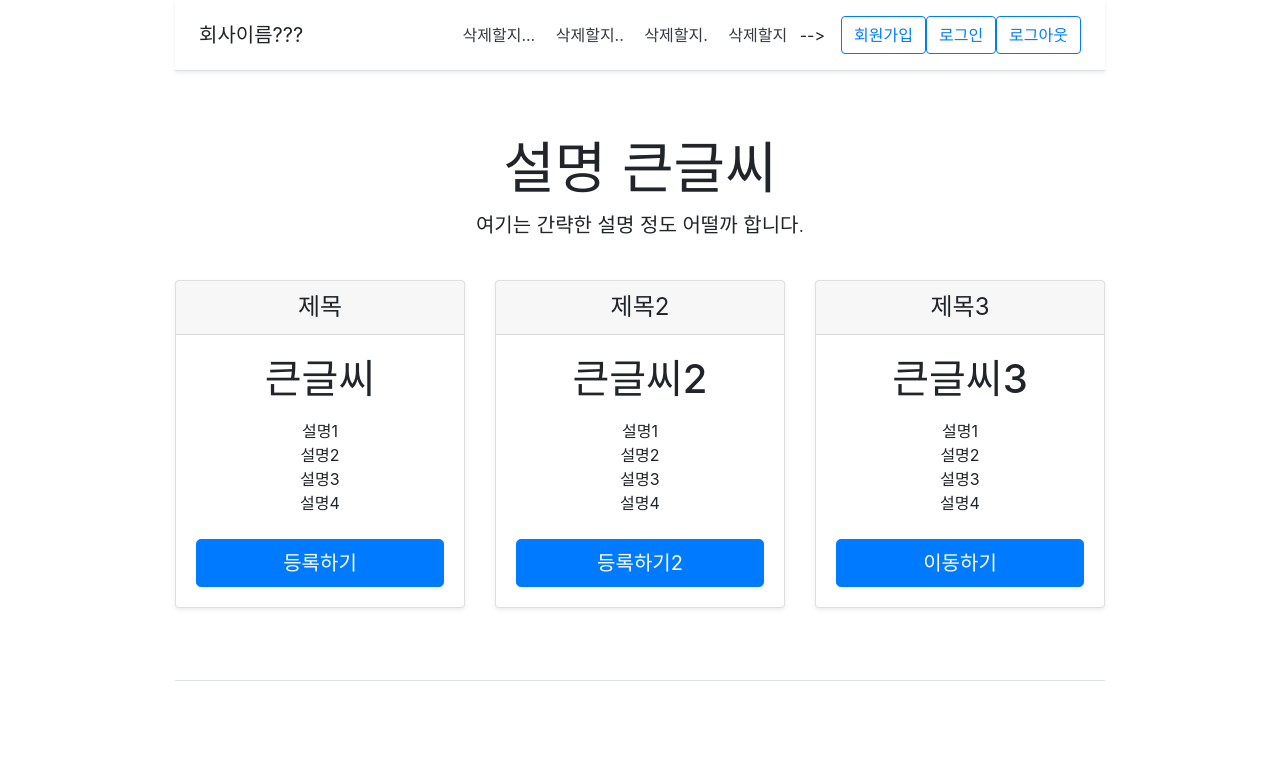
Repository: SettingRhino/innogleantmanager
Page: http://localhost/antmanager/WEB-INF/views/home.jsp
The author's editor kept a copy of each file at every save. The page is drawn from the files as they stood at one save, then again after the next save.
The browser window is 1280 px wide. The pictures show the whole page.
The page is served by Tomcat 9. Nobody is signed in. Other server files are loaded and not shown. The template is opened directly, without the code that normally fills it, so the values that code supplies are empty.

Above is the page before, as saved 2020-06-09 01:43:58.

### antmanager/src/main/webapp/WEB-INF/views/home.jsp
<%@ page language="java" contentType="text/html; charset=UTF-8"
	pageEncoding="UTF-8"%>
<%@ taglib uri="http://java.sun.com/jsp/jstl/core" prefix="c" %>

<!doctype html>
<html>
  <head>
    <meta charset="utf-8">
    <meta name="viewport" content="width=device-width, initial-scale=1, shrink-to-fit=no">
    <meta name="description" content="">
    <meta name="author" content="Mark Otto, Jacob Thornton, and Bootstrap contributors">
    <meta name="generator" content="Jekyll v4.0.1">
    <title>Pricing example · Bootstrap</title>

    <link rel="canonical" href="https://getbootstrap.com/docs/4.5/examples/pricing/">

    <link rel="stylesheet" href="https://stackpath.bootstrapcdn.com/bootstrap/4.4.1/css/bootstrap.min.css" integrity="sha384-Vkoo8x4CGsO3+Hhxv8T/Q5PaXtkKtu6ug5TOeNV6gBiFeWPGFN9MuhOf23Q9Ifjh" crossorigin="anonymous">

    <style>
      .bd-placeholder-img {
        font-size: 1.125rem;
        text-anchor: middle;
        -webkit-user-select: none;
        -moz-user-select: none;
        -ms-user-select: none;
        user-select: none;
      }

      @media (min-width: 768px) {
        .bd-placeholder-img-lg {
          font-size: 3.5rem;
        }
      }
    </style>
    <!-- Custom styles for this template -->

    <link href= "<c:url value="/resources/css/pricing.css"/>" rel="stylesheet">
  </head>
  <body>
  <div class="container">
    <div class="d-flex flex-column flex-md-row align-items-center p-3 px-md-4 mb-3 bg-white border-bottom shadow-sm">
  <h5 class="my-0 mr-md-auto font-weight-normal">회사이름???</h5>
  <nav class="my-2 my-md-0 mr-md-3">
   <!--  --> <a class="p-2 text-dark" href="#">삭제할지...</a>
    <a class="p-2 text-dark" href="#">삭제할지..</a>
    <a class="p-2 text-dark" href="#">삭제할지.</a>

    <a class="p-2 text-dark" href="<c:url value="/test"/>">삭제할지</a> -->
  </nav>
  <a class="btn btn-outline-primary" href="<c:url value="/user/signup"/>">회원가입</a>
  <a class="btn btn-outline-primary" href="<c:url value="/login"/>">로그인</a>
  <a class="btn btn-outline-primary" href="<c:url value="/logout"/>">로그아웃</a>
</div>
</div>
<div class="pricing-header px-3 py-3 pt-md-5 pb-md-4 mx-auto text-center">
  <h1 class="display-4">설명 큰글씨</h1>
  <p class="lead">여기는 간략한 설명 정도 어떨까 합니다.</p>
</div>

<div class="container">
  <div class="card-deck mb-3 text-center">
    <div class="card mb-4 shadow-sm">
      <div class="card-header">
        <h4 class="my-0 font-weight-normal">제목</h4>
      </div>
      <div class="card-body">
        <h1 class="card-title pricing-card-title">큰글씨</h1>
        <ul class="list-unstyled mt-3 mb-4">
          <li>설명1</li>
          <li>설명2</li>
          <li>설명3</li>
          <li>설명4</li>
        </ul>
        <a href="<c:url value="/diary/view"/>">
        <button type="button" class="btn btn-lg btn-block btn-primary">등록하기</button></a>
      </div>
    </div>
    <div class="card mb-4 shadow-sm">
      <div class="card-header">
        <h4 class="my-0 font-weight-normal">제목2</h4>
      </div>
      <div class="card-body">
        <h1 class="card-title pricing-card-title">큰글씨2</h1>
        <ul class="list-unstyled mt-3 mb-4">
          <li>설명1</li>
          <li>설명2</li>
          <li>설명3</li>
          <li>설명4</li>
        </ul>
        <button type="button" class="btn btn-lg btn-block btn-primary"href="#">등록하기2</button>
      </div>
    </div>
    <div class="card mb-4 shadow-sm">
      <div class="card-header">
        <h4 class="my-0 font-weight-normal">제목3</h4>
      </div>
      <div class="card-body">
        <h1 class="card-title pricing-card-title">큰글씨3</h1>
        <ul class="list-unstyled mt-3 mb-4">
       <li>설명1</li>
          <li>설명2</li>
          <li>설명3</li>
          <li>설명4</li>
        </ul>
        <button type="button" class="btn btn-lg btn-block btn-primary"href="#">이동하기</button>
      </div>
    </div>
  </div>

  <footer class="pt-4 my-md-5 pt-md-5 border-top">
  <!--
    <div class="row">
      <div class="col-12 col-md">
        <img class="mb-2" src="/docs/4.5/assets/brand/bootstrap-solid.svg" alt="" width="24" height="24">
        <small class="d-block mb-3 text-muted">&copy; 2017-2020</small>
      </div>
      <div class="col-6 col-md">
        <h5>Features</h5>
        <ul class="list-unstyled text-small">
          <li><a class="text-muted" href="#">Cool stuff</a></li>
          <li><a class="text-muted" href="#">Random feature</a></li>
          <li><a class="text-muted" href="#">Team feature</a></li>
          <li><a class="text-muted" href="#">Stuff for developers</a></li>
          <li><a class="text-muted" href="#">Another one</a></li>
          <li><a class="text-muted" href="#">Last time</a></li>
        </ul>
      </div>
      <div class="col-6 col-md">
        <h5>Resources</h5>
        <ul class="list-unstyled text-small">
          <li><a class="text-muted" href="#">Resource</a></li>
          <li><a class="text-muted" href="#">Resource name</a></li>
          <li><a class="text-muted" href="#">Another resource</a></li>
          <li><a class="text-muted" href="#">Final resource</a></li>
        </ul>
      </div>
      <div class="col-6 col-md">
        <h5>About</h5>
        <ul class="list-unstyled text-small">
          <li><a class="text-muted" href="#">Team</a></li>
          <li><a class="text-muted" href="#">Locations</a></li>
          <li><a class="text-muted" href="#">Privacy</a></li>
          <li><a class="text-muted" href="#">Terms</a></li>
        </ul>
      </div>
    </div> -->
  </footer>
</div>
</body>
</html>

### antmanager/src/main/webapp/resources/css/pricing.css
@charset "UTF-8";
html {
  font-size: 14px;
}
@media (min-width: 768px) {
  html {
    font-size: 16px;
  }
}

.container {
  max-width: 960px;
}

.pricing-header {
  max-width: 700px;
}

.card-deck .card {
  min-width: 220px;
}

After the next save:
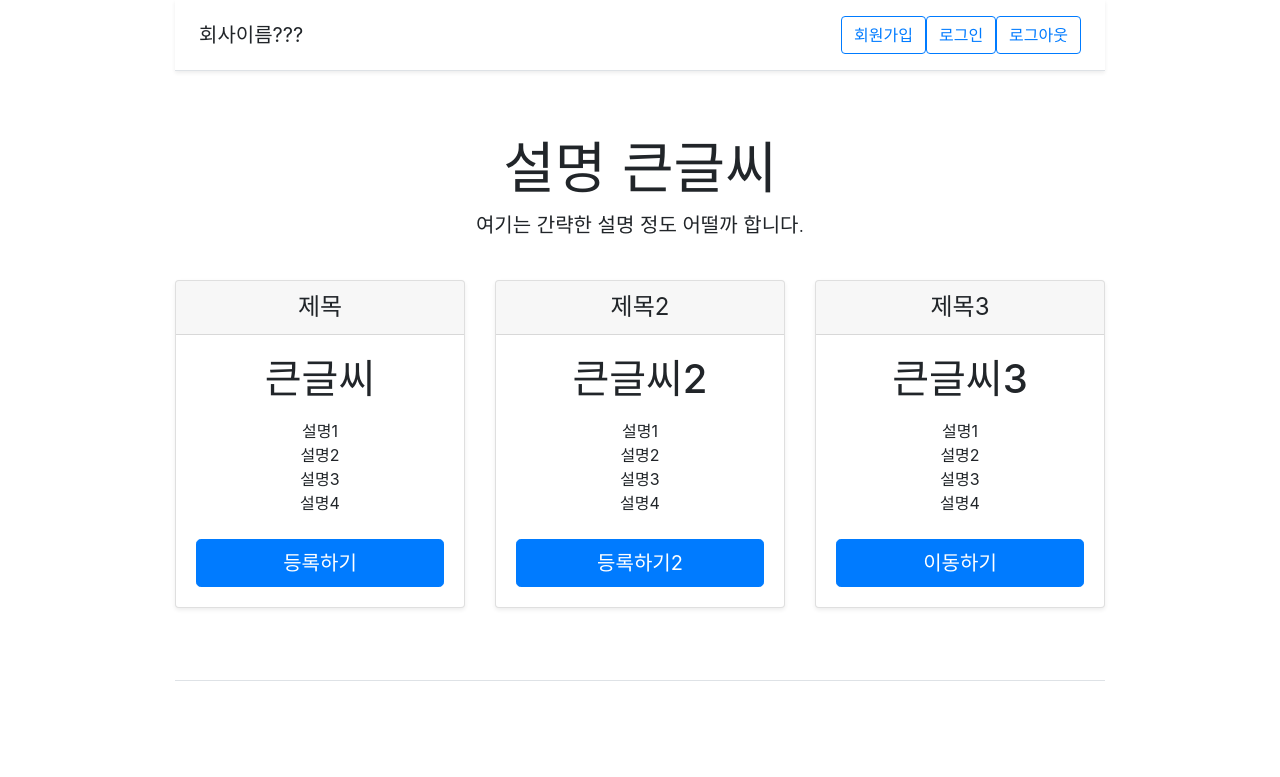
Saved 10 s later.
--- a/antmanager/src/main/webapp/WEB-INF/views/home.jsp
+++ b/antmanager/src/main/webapp/WEB-INF/views/home.jsp
@@ -37,22 +37,24 @@
     <link href= "<c:url value="/resources/css/pricing.css"/>" rel="stylesheet">
   </head>
   <body>
-  <div class="container">
-    <div class="d-flex flex-column flex-md-row align-items-center p-3 px-md-4 mb-3 bg-white border-bottom shadow-sm">
-  <h5 class="my-0 mr-md-auto font-weight-normal">회사이름???</h5>
-  <nav class="my-2 my-md-0 mr-md-3">
-   <!--  --> <a class="p-2 text-dark" href="#">삭제할지...</a>
-    <a class="p-2 text-dark" href="#">삭제할지..</a>
-    <a class="p-2 text-dark" href="#">삭제할지.</a>
-
-    <a class="p-2 text-dark" href="<c:url value="/test"/>">삭제할지</a> -->
-  </nav>
-  <a class="btn btn-outline-primary" href="<c:url value="/user/signup"/>">회원가입</a>
-  <a class="btn btn-outline-primary" href="<c:url value="/login"/>">로그인</a>
-  <a class="btn btn-outline-primary" href="<c:url value="/logout"/>">로그아웃</a>
-</div>
-</div>
-<div class="pricing-header px-3 py-3 pt-md-5 pb-md-4 mx-auto text-center">
+	<div class="container">
+		<div
+			class="d-flex flex-column flex-md-row align-items-center p-3 px-md-4 mb-3 bg-white border-bottom shadow-sm">
+			<h5 class="my-0 mr-md-auto font-weight-normal">회사이름???</h5>
+			<nav class="my-2 my-md-0 mr-md-3">
+				<!--
+				<a class="p-2 text-dark" href="#">삭제할지...</a> <a
+					class="p-2 text-dark" href="#">삭제할지..</a> <a class="p-2 text-dark"
+					href="#">삭제할지.</a> <a class="p-2 text-dark"
+					href="<c:url value="/test"/>">삭제할지</a> -->
+			</nav>
+			<a class="btn btn-outline-primary"
+				href="<c:url value="/user/signup"/>">회원가입</a> <a
+				class="btn btn-outline-primary" href="<c:url value="/login"/>">로그인</a>
+			<a class="btn btn-outline-primary" href="<c:url value="/logout"/>">로그아웃</a>
+		</div>
+	</div>
+	<div class="pricing-header px-3 py-3 pt-md-5 pb-md-4 mx-auto text-center">
   <h1 class="display-4">설명 큰글씨</h1>
   <p class="lead">여기는 간략한 설명 정도 어떨까 합니다.</p>
 </div>
